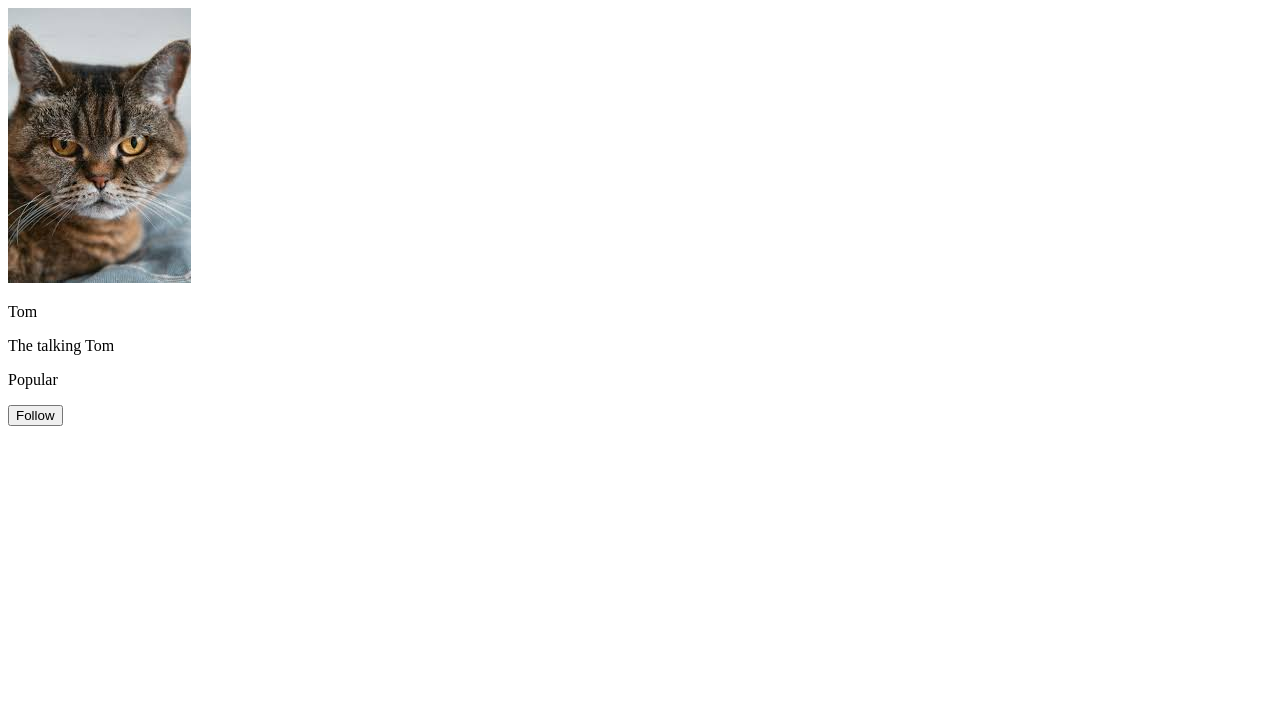
Repository: RagulRanjeeth/Frontend
Page: Exercises/Layouts.html
These files come from the project's save history. The page is drawn as it stood at one moment and after the next save; the edit follows.
The browser window is 1280 px wide. The pictures show the whole page.

Above is the page before, as saved 2026-01-23 16:04:55.

### Exercises/Layouts.html
<!DOCTYPE html>
<html>
    <head></head>
    <body>
        <div class="MainContainer">
            <div class="ProfilePictureContainer">
               <img class="CatImage" src="ProfilePic/download.jpg">
            </div>
            <div class="ProfileDescription">
                <p class="DescriptionName">Tom</p>
                <p class="DescriptionSecondaryName">The talking Tom</p>
                <p class="DescriptionPopular">Popular</p>
            </div>
            <div class="ProfileButton">
                <button>Follow</button>
            </div>
        </div>
    </body>
</html>

### Exercises/Profile.css
.ProfilePictureContainer{
    width:500px;
    display:inline-block;
    border-width:2px;
    border-style: solid;

}

.CatImage{
    width:100%;
}

After the next save:
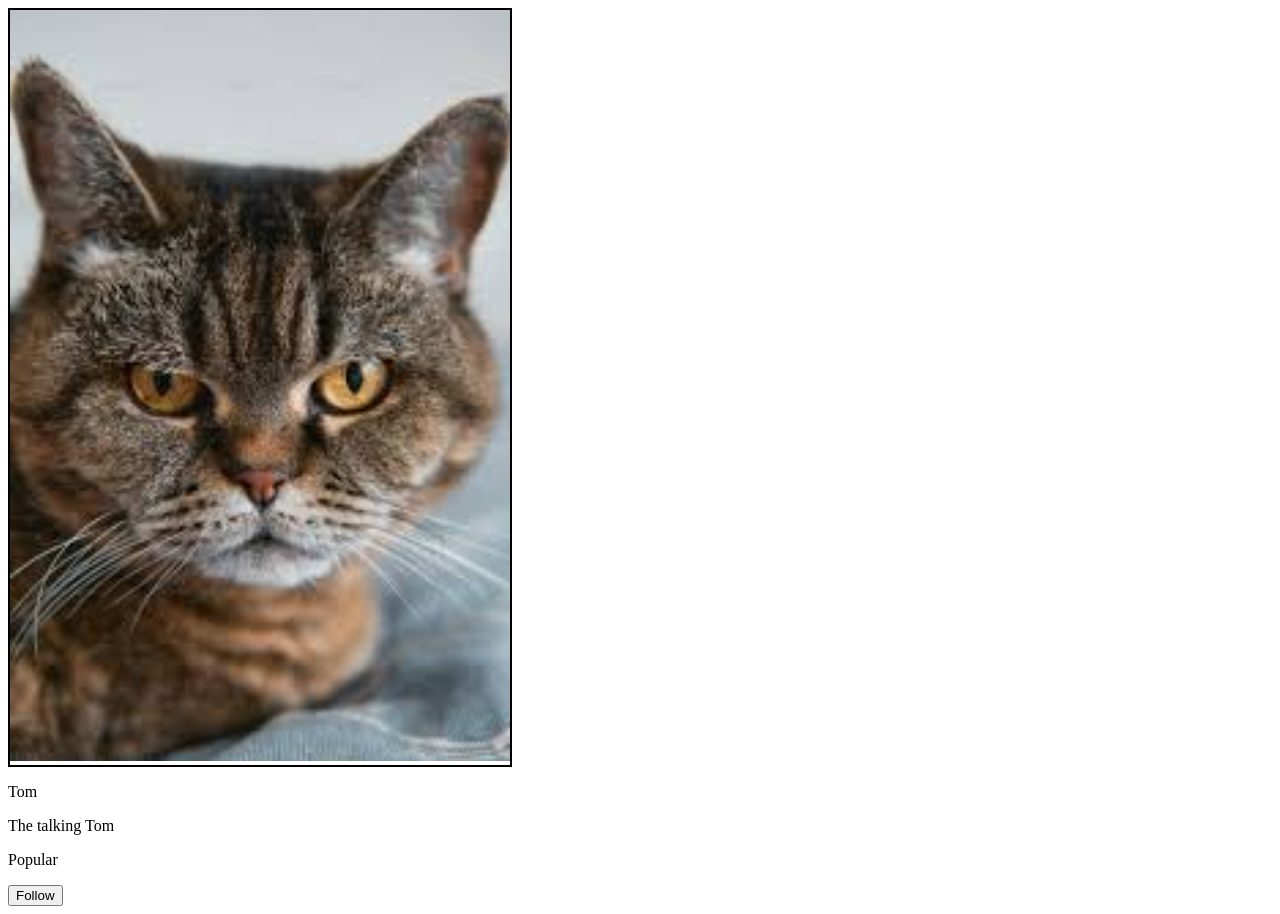
Saved 15 s later.
--- a/Exercises/Layouts.html
+++ b/Exercises/Layouts.html
@@ -1,6 +1,11 @@
 <!DOCTYPE html>
 <html>
-    <head></head>
+    <head>
+        <title>
+            Layout Exercises
+        </title>
+        <link rel="stylesheet" href="Profile.css">
+    </head>
     <body>
         <div class="MainContainer">
             <div class="ProfilePictureContainer">
